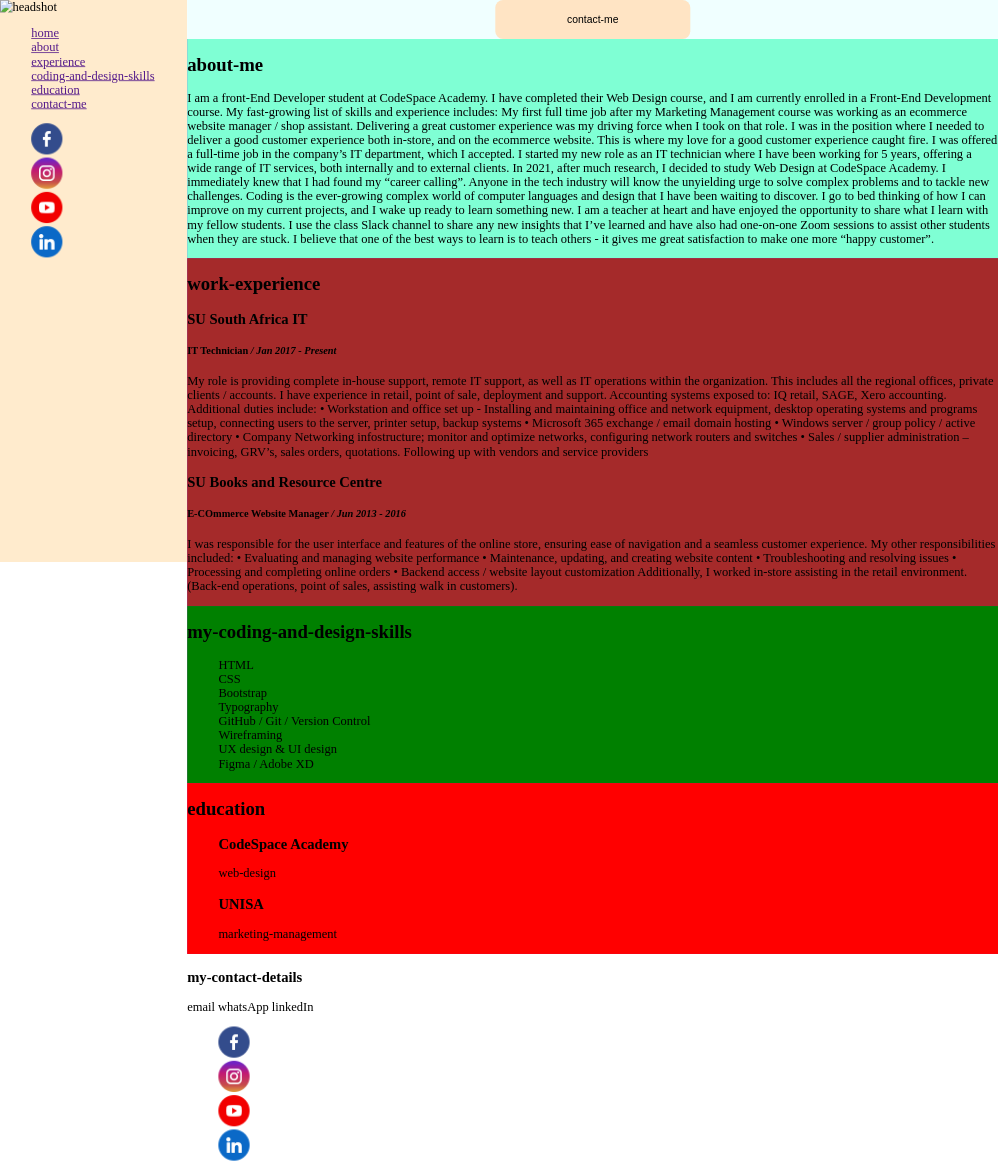
Repository: WesleyErasmus/MyDigitalResume-5
Page: index.html
These files come from the project's save history. The page is drawn as it stood at one moment and after the next save; the edit follows.
The browser window is 1280 px wide. The pictures show the whole page, at 78% of full size.

Above is the page before, as saved 2022-02-25 16:38:36.

After the next save:
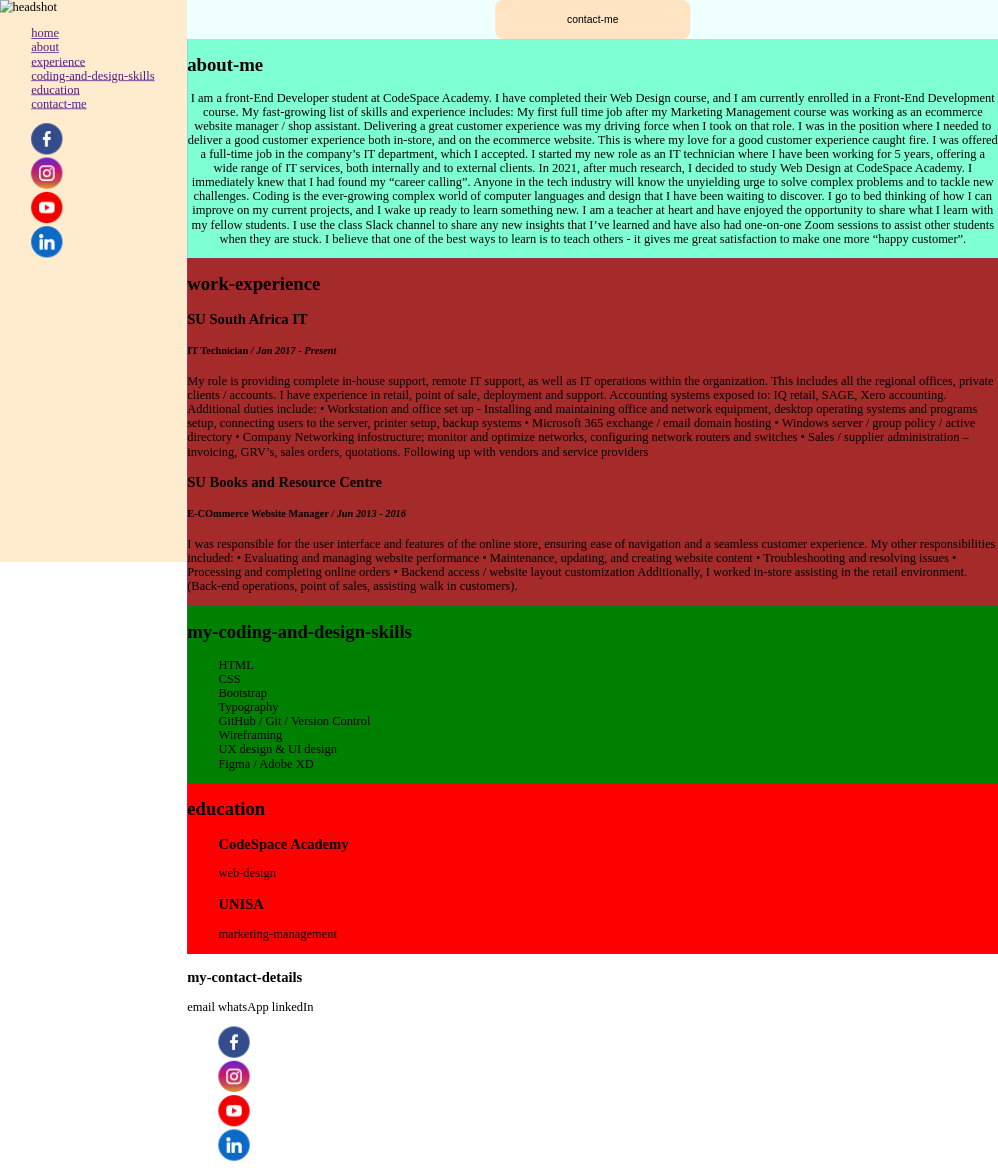
Saved 40 s later.
--- a/stylesheet.css
+++ b/stylesheet.css
@@ -41,6 +41,9 @@
     overflow-x: hidden;
     /* Will need to use the two above stylings for other elements in main container  */
 }
+.about-me p{
+    text-align: center;
+}
 article.job-experience {
     background-color:brown;
     overflow-x: hidden;

After the save that followed:
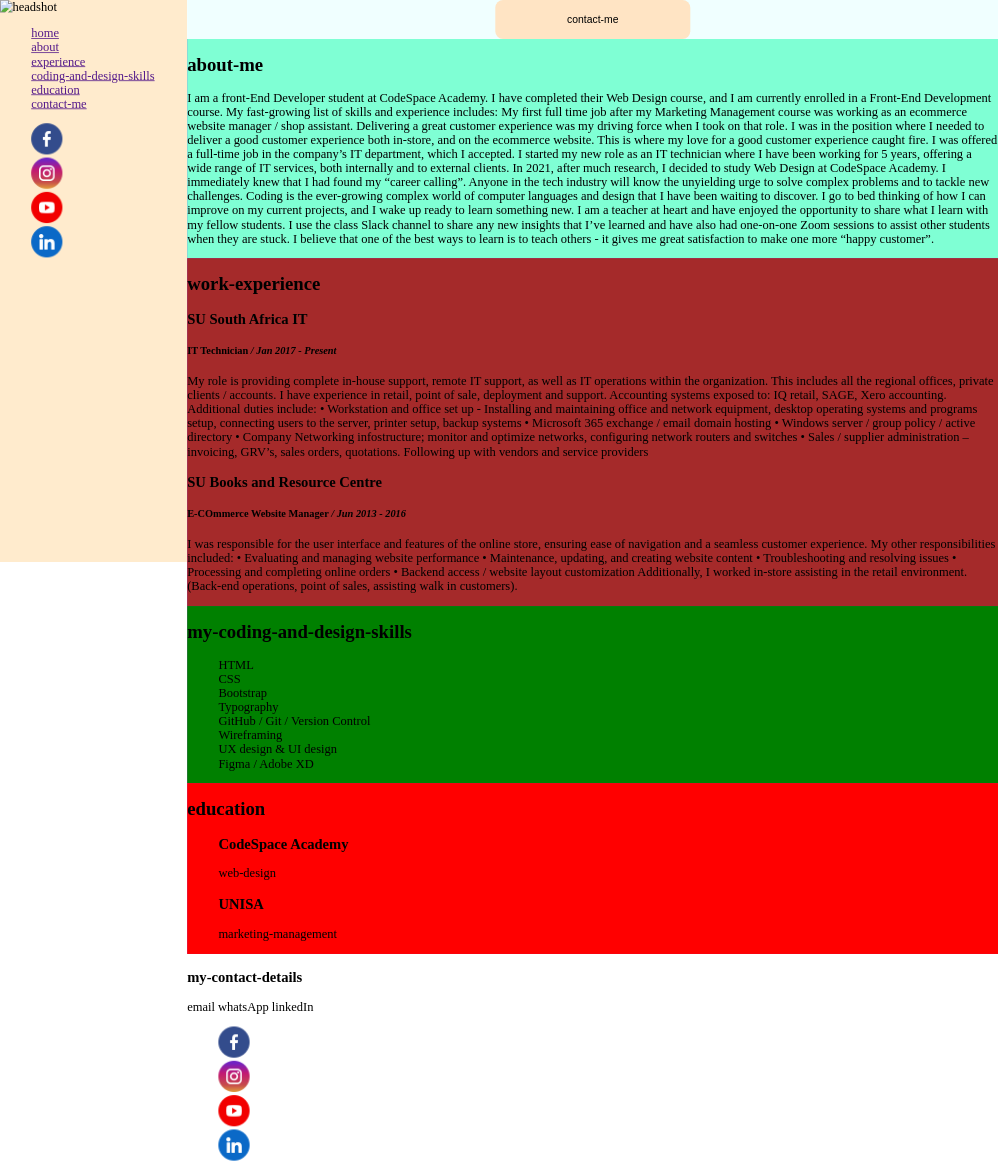
Saved 22 s later.
--- a/stylesheet.css
+++ b/stylesheet.css
@@ -42,7 +42,7 @@
     /* Will need to use the two above stylings for other elements in main container  */
 }
 .about-me p{
-    text-align: center;
+    /* text-align: center; */
 }
 article.job-experience {
     background-color:brown;
